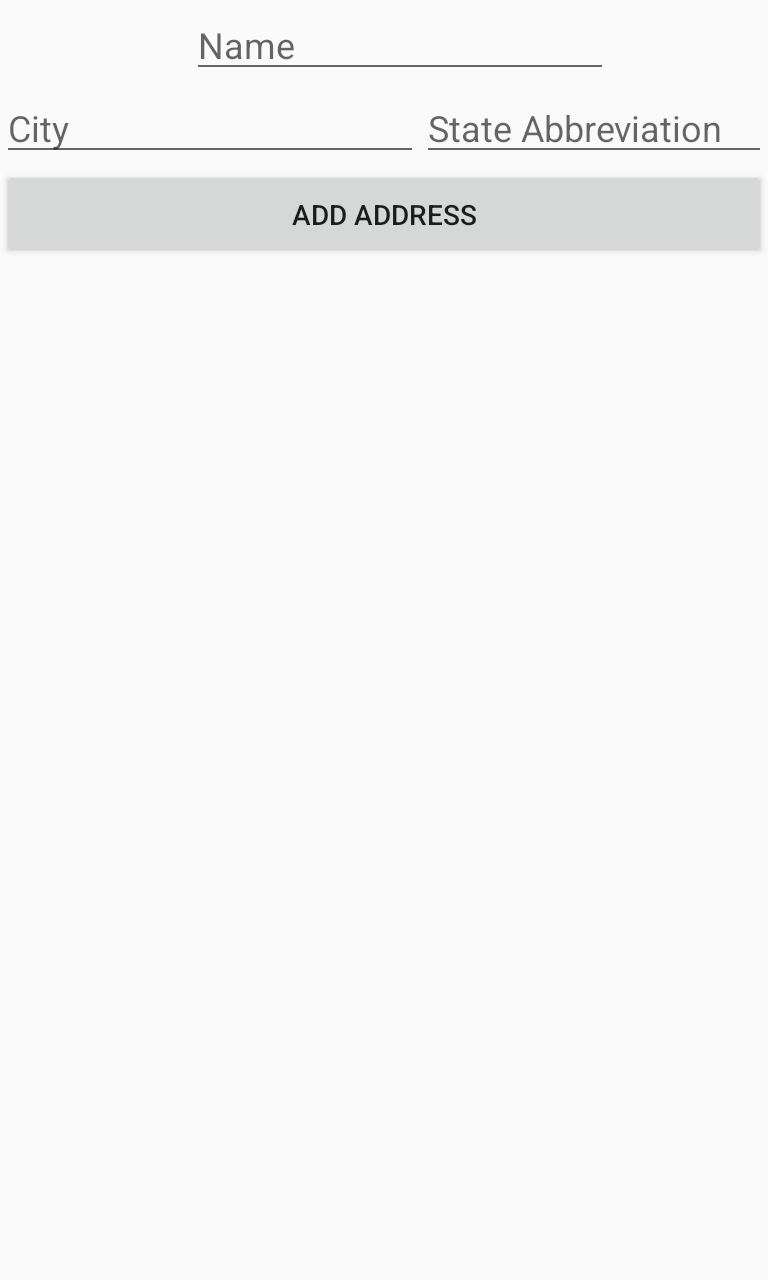
Repository: bhazenstab16/addressbookBMH
Layout: AddressBook/res/layout/activity_main.xml
These files come from the project's save history. The layout is drawn as it stood at one moment and after the next save; the edit follows.
It is drawn on a 768 x 1280 px phone screen (xhdpi) without system bars, with theme AppTheme; the app's code is not run.

Above is the layout before, as saved 2019-10-17 15:48:06.

### AddressBook/res/layout/activity_main.xml
<RelativeLayout xmlns:android="http://schemas.android.com/apk/res/android"
    xmlns:tools="http://schemas.android.com/tools"
    android:id="@+id/container"
    android:layout_width="match_parent"
    android:layout_height="match_parent"
    tools:context="com.example.addressbook.MainActivity"
    tools:ignore="MergeRootFrame" >

    <EditText
        android:id="@+id/editTextCity"
        android:layout_width="wrap_content"
        android:layout_height="wrap_content"
        android:layout_alignParentLeft="true"
        android:layout_below="@+id/editTextStreetAddress"
        android:ems="10"
        android:hint="@string/stringHintCity" />

    <EditText
        android:id="@+id/editTextState"
        android:layout_width="wrap_content"
        android:layout_height="wrap_content"
        android:layout_alignBaseline="@+id/editTextCity"
        android:layout_alignBottom="@+id/editTextCity"
        android:layout_toRightOf="@+id/editTextCity"
        android:ems="10"
        android:hint="@string/stringHintState" />

    <EditText
        android:id="@+id/editTextZip"
        android:layout_width="wrap_content"
        android:layout_height="wrap_content"
        android:layout_alignBaseline="@+id/editTextState"
        android:layout_alignBottom="@+id/editTextState"
        android:layout_toRightOf="@+id/editTextState"
        android:ems="10"
        android:hint="@string/stringHintZip"
        android:inputType="number" />

    <Button
        android:id="@+id/buttonAdd"
        android:layout_width="wrap_content"
        android:layout_height="wrap_content"
        android:layout_alignParentLeft="true"
        android:layout_alignParentRight="true"
        android:layout_below="@+id/editTextCity"
        android:text="@string/stringAddRecord" />

    <EditText
        android:id="@+id/editTextName"
        android:layout_width="wrap_content"
        android:layout_height="wrap_content"
        android:layout_alignParentLeft="true"
        android:layout_alignParentTop="true"
        android:layout_marginLeft="95dp"
        android:ems="10"
        android:hint="@string/stringHintName"
        android:inputType="textPersonName" />

    <EditText
        android:id="@+id/editTextStreetAddress"
        android:layout_width="wrap_content"
        android:layout_height="wrap_content"
        android:layout_alignLeft="@+id/editTextZip"
        android:layout_alignParentTop="true"
        android:layout_marginLeft="37dp"
        android:ems="10"
        android:hint="@string/stringHintStreetAddress"
        android:inputType="textPostalAddress" />

</RelativeLayout>

### AddressBook/res/values/strings.xml
<?xml version="1.0" encoding="utf-8"?>
<resources>

    <string name="app_name">AddressBook</string>
    <string name="hello_world">Hello world!</string>
    <string name="action_settings">Settings</string>
    <string name="stringHintName">Name</string>
    <string name="stringHintStreetAddress">Street Address</string>
    <string name="stringHintCity">City</string>
    <string name="stringHintState">State Abbreviation</string>
    <string name="stringHintZip">6 Digit Zip</string>
    <string name="stringAddRecord">Add Address</string>

</resources>

Loaded but not shown: AddressBook/res/values/styles.xml (common file); AddressBook/res/values-v11/styles.xml (common file); AddressBook/res/values-v14/styles.xml (common file)

After the next save:
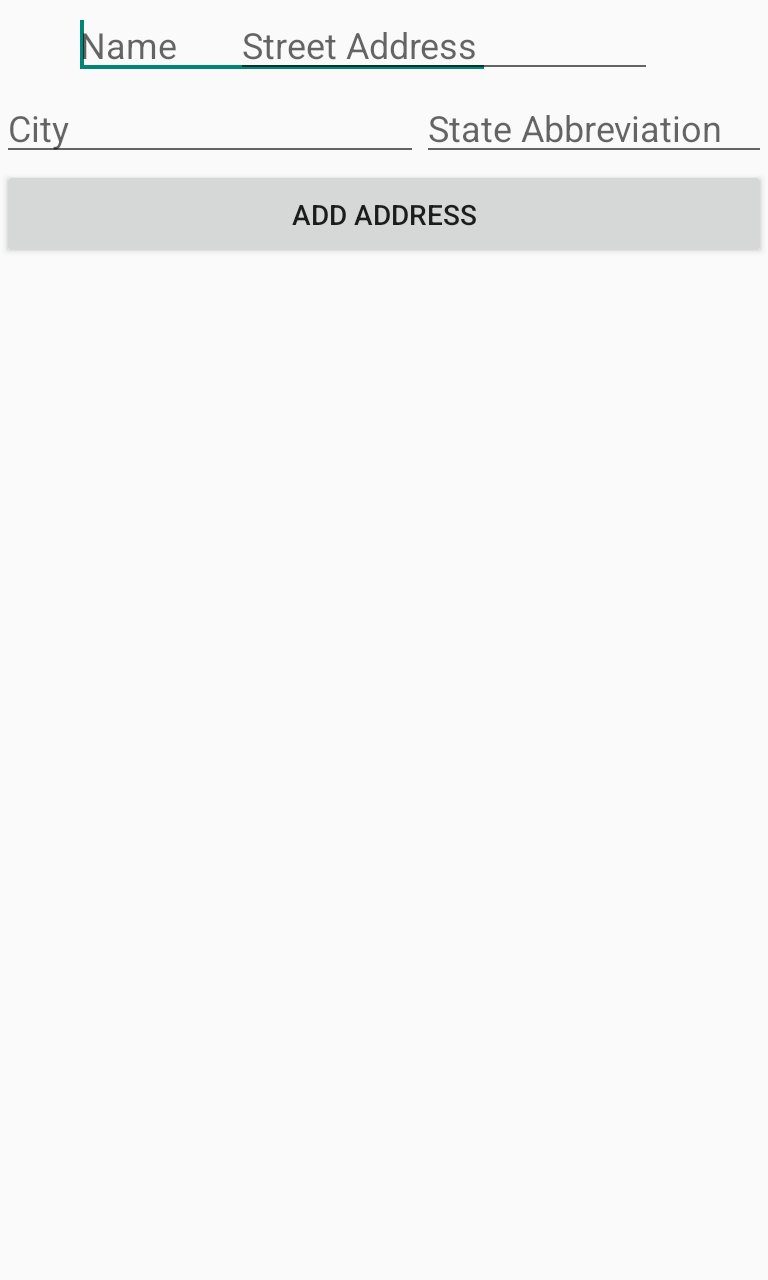
Saved 25 s later.
--- a/AddressBook/res/layout/activity_main.xml
+++ b/AddressBook/res/layout/activity_main.xml
@@ -49,20 +49,23 @@
         android:id="@+id/editTextName"
         android:layout_width="wrap_content"
         android:layout_height="wrap_content"
+        android:layout_above="@+id/editTextCity"
         android:layout_alignParentLeft="true"
-        android:layout_alignParentTop="true"
-        android:layout_marginLeft="95dp"
+        android:layout_marginLeft="36dp"
         android:ems="10"
         android:hint="@string/stringHintName"
-        android:inputType="textPersonName" />
+        android:inputType="textPersonName" >
+
+        <requestFocus />
+    </EditText>
 
     <EditText
         android:id="@+id/editTextStreetAddress"
         android:layout_width="wrap_content"
         android:layout_height="wrap_content"
-        android:layout_alignLeft="@+id/editTextZip"
         android:layout_alignParentTop="true"
-        android:layout_marginLeft="37dp"
+        android:layout_alignRight="@+id/editTextZip"
+        android:layout_marginRight="57dp"
         android:ems="10"
         android:hint="@string/stringHintStreetAddress"
         android:inputType="textPostalAddress" />
